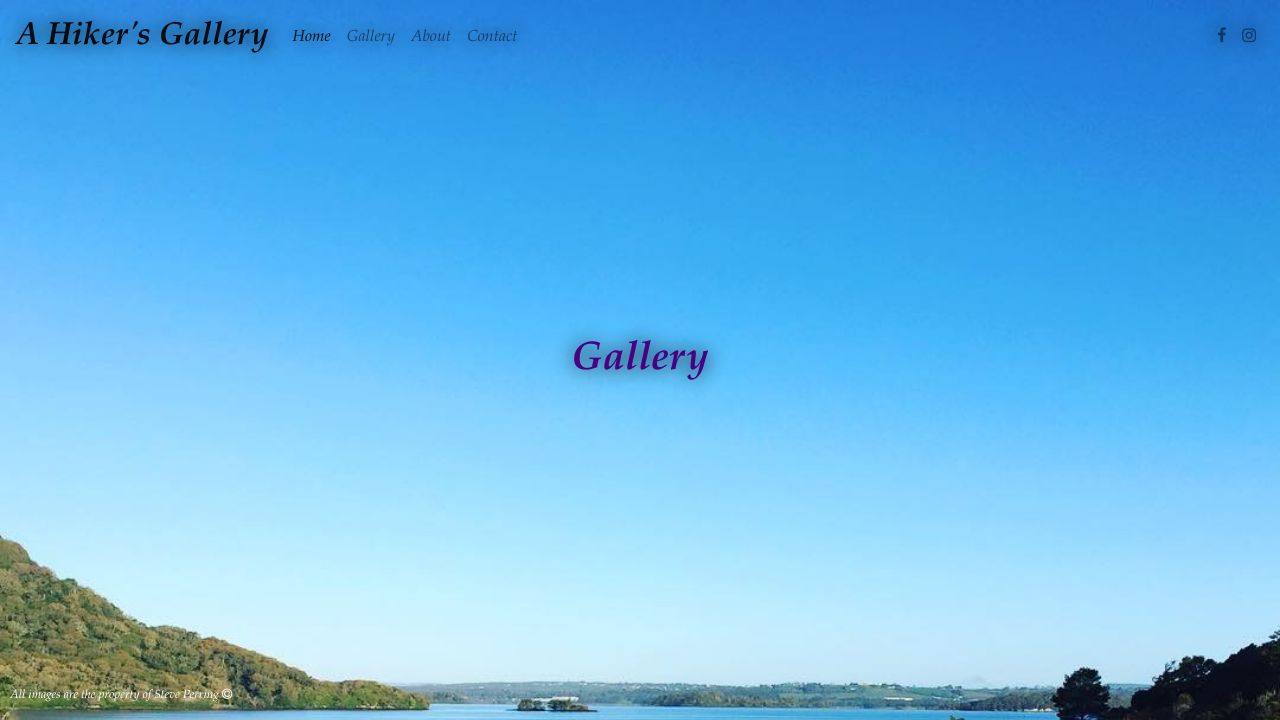
Repository: S-Perring/hiker
Page: index.html
The author's editor kept a record of every edit. The page is drawn from the files as they stood at one moment, then again after the next edit.
The browser window is 1280 px wide. The pictures show the whole page.

Above is the page before.

### index.html
<!DOCTYPE html>
<html lang="en">
<head>
    <meta charset="UTF-8">
    <meta name="viewport" content="width=device-width, initial-scale=1.0">
    <meta http-equiv="X-UA-Compatible" content="ie=edge">
    <link rel="stylesheet" href="https://stackpath.bootstrapcdn.com/bootstrap/4.3.1/css/bootstrap.min.css" type="text/css" />
    <link rel="stylesheet" href="https://stackpath.bootstrapcdn.com/font-awesome/4.7.0/css/font-awesome.min.css" type="text/css" />
    <link rel="stylesheet" href="https://cdnjs.cloudflare.com/ajax/libs/font-awesome/4.7.0/css/font-awesome.min.css">
    <link rel="stylesheet" href="css/style.css" type="text/css" />
    <title>Hiker's Gallery</title>
</head>

<body>

<header>
  <nav class="navbar fixed-top navbar-expand-sm navbar-light scrolling-navbar">
    <a class="navbar-brand" href="#"><strong>A Hiker's Gallery</strong></a>
    <button class="navbar-toggler" type="button" data-toggle="collapse" data-target="#navbarSupportedContent"
      aria-controls="navbarSupportedContent" aria-expanded="false" aria-label="Toggle navigation">
      <span class="navbar-toggler-icon"></span>
    </button>
    <div class="collapse navbar-collapse" id="navbarSupportedContent">
      <ul class="navbar-nav mr-auto">
        <li class="nav-item active">
          <a class="nav-link" href="index.html">Home <span class="sr-only">(current)</span></a>
        </li>
        <li class="nav-item">
          <a class="nav-link" href="gallery.html">Gallery</a>
        </li>
        <li class="nav-item">
          <a class="nav-link" href="about.html">About</a>
        </li>
        <li class="nav-item">
          <a class="nav-link" href="contact">Contact</a>
        </li>
      </ul>
      <ul class="navbar-nav nav-flex-icons">
        <li class="nav-item">
          <a class="nav-link"><i class="fa fa-facebook"></i></a>
        </li>
        <li class="nav-item">
          <a class="nav-link"><i class="fa fa-instagram"></i></a>
        </li>
      </ul>
    </div>
  </nav>

</header>

<section>
    <div class="main-pic">

        <div>
            <a class="explore" href="gallery.html">Gallery</a>
        </div>
    </div>


</section>

<footer class="fixed-bottom">
   <p>All images are the property of Steve Perring  <i class="fa fa-copyright"></i></p>
</footer>

    <script src="https://code.jquery.com/jquery-3.3.1.slim.min.js"></script>
    <script src="https://cdnjs.cloudflare.com/ajax/libs/popper.js/1.14.7/umd/popper.min.js"></script>
    <script src="https://stackpath.bootstrapcdn.com/bootstrap/4.3.1/js/bootstrap.min.js"></script>

</body>

</html>

### css/style.css
@import url('https://fonts.googleapis.com/css?family=Roboto:100,200,300,400,500,600,700|Exo:100,200,300,400,500,600,700');


.nav-link {
    font-family: Garamond;
    color: #f0ece1;
    font-weight: 200;
    font-style: italic;
}


.main-pic {
    background-image: url(../css/images/IMG_5437.JPG);
    background-size: cover;
    max-width: 100%;
    height: 100vh;
    padding: 0;
    display: flex;
    align-items: center;
    justify-content: center;
    position: relative;
    background-repeat: no-repeat;

}


.navbar-brand {
    font-family: Garamond;
    font-size: 2em;
    font-style: italic;
    color: #f0ece1;
    border-color: #f0ece1;
}

.explore {
    font-family: Garamond;
    text-align: center;
    font-style: italic;
    font-size: 2.5em;
    font-weight: bolder;
    color: #4B0082;

}


a {
    text-decoration: none;
    background-color: transparent;
    text-shadow: 0 0 20px black;
}

footer {
    padding-left: 10px;
    position: relative;
    font-family: Garamond;
    font-style: italic;
    color: #fff;
    font-size: .75em;
}

a:hover {
  text-decoration: none;
  text-transform: capitalize;
  color: #fff;

}

After the next edit:
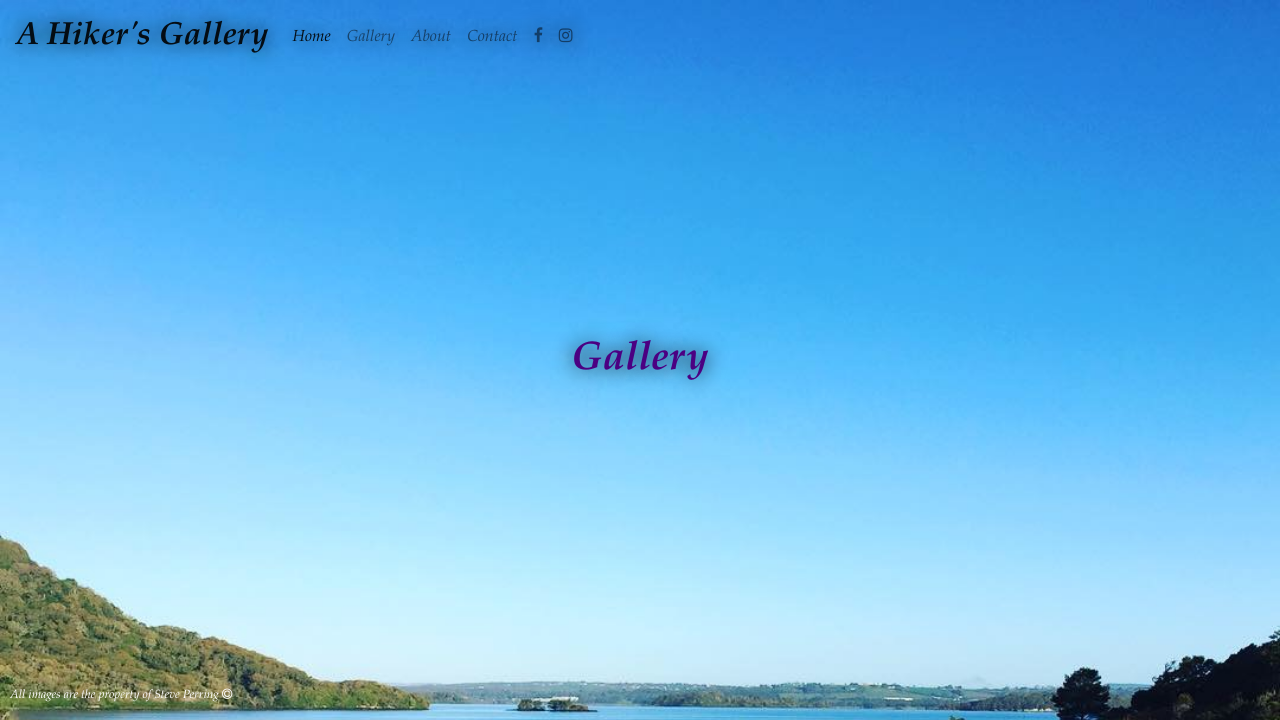
The edit:
--- a/index.html
+++ b/index.html
@@ -21,7 +21,7 @@
       <span class="navbar-toggler-icon"></span>
     </button>
     <div class="collapse navbar-collapse" id="navbarSupportedContent">
-      <ul class="navbar-nav mr-auto">
+      <ul class="navbar-nav">
         <li class="nav-item active">
           <a class="nav-link" href="index.html">Home <span class="sr-only">(current)</span></a>
         </li>
